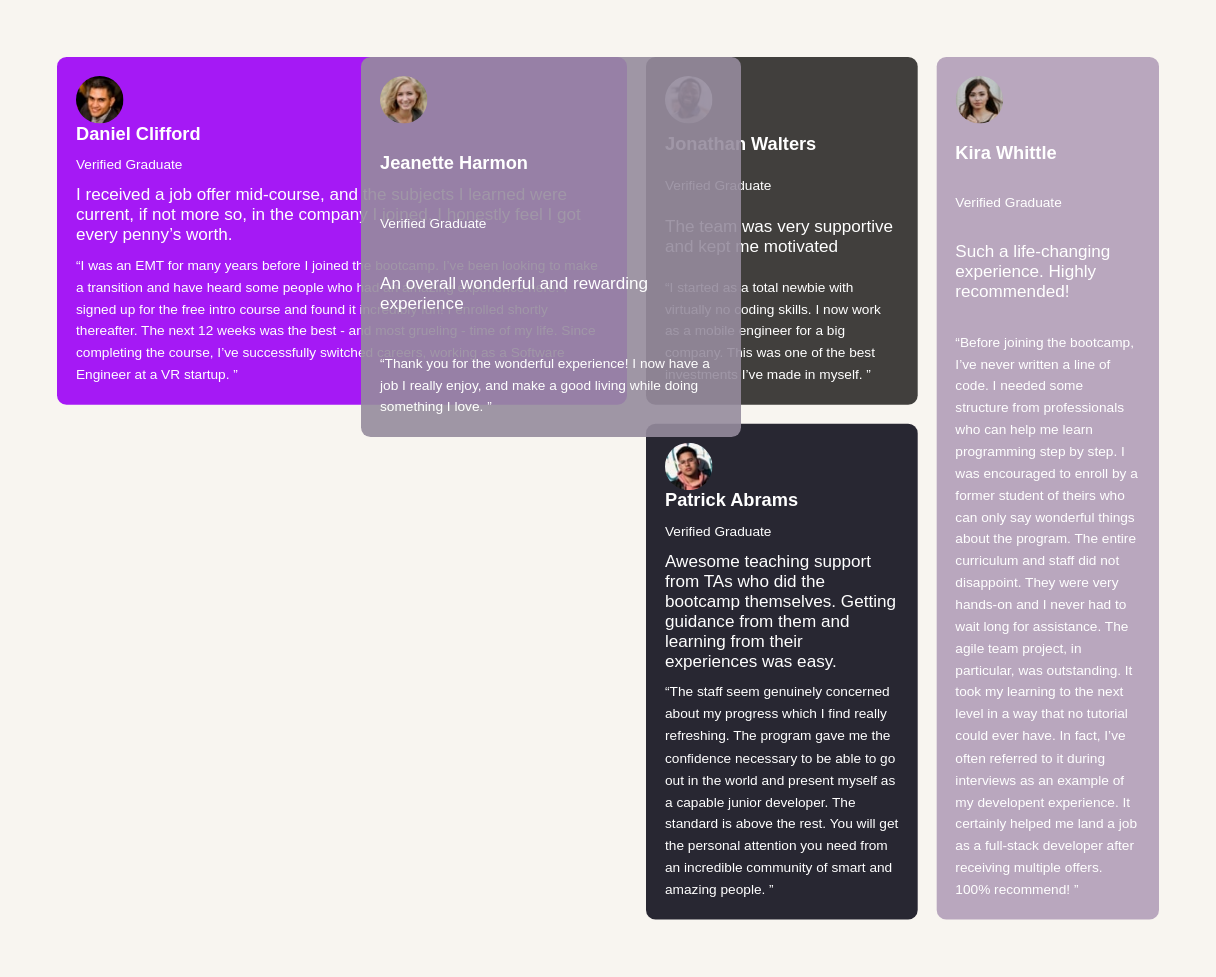
Repository: MagedElRefaey/Grid-Project
Page: Task.html
An editor plug-in stored every save of this project. The page is shown before and after the next save, followed by the edit.
The browser window is 1280 px wide. The pictures show the whole page, at 95% of full size.

Above is the page before, as saved 2024-09-13 23:30:40.

After the next save:
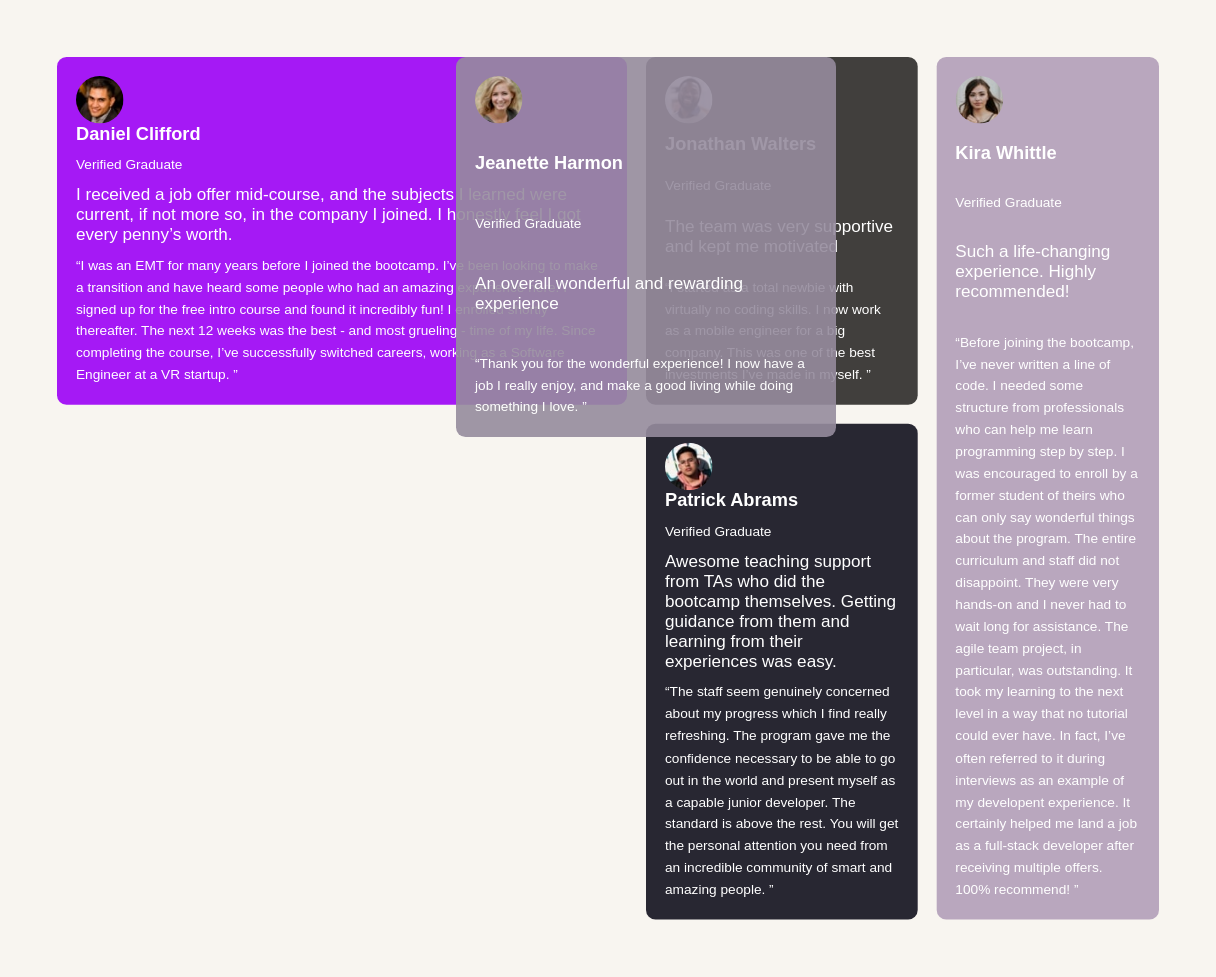
Saved 4 s later.
--- a/Style.css
+++ b/Style.css
@@ -52,7 +52,7 @@ body{
     width: 400px;
     height: 400px;
     position: absolute;
-    right: 500px;
+    right: 400px;
 }
 .Patrick{
     grid-area:Patrick;
